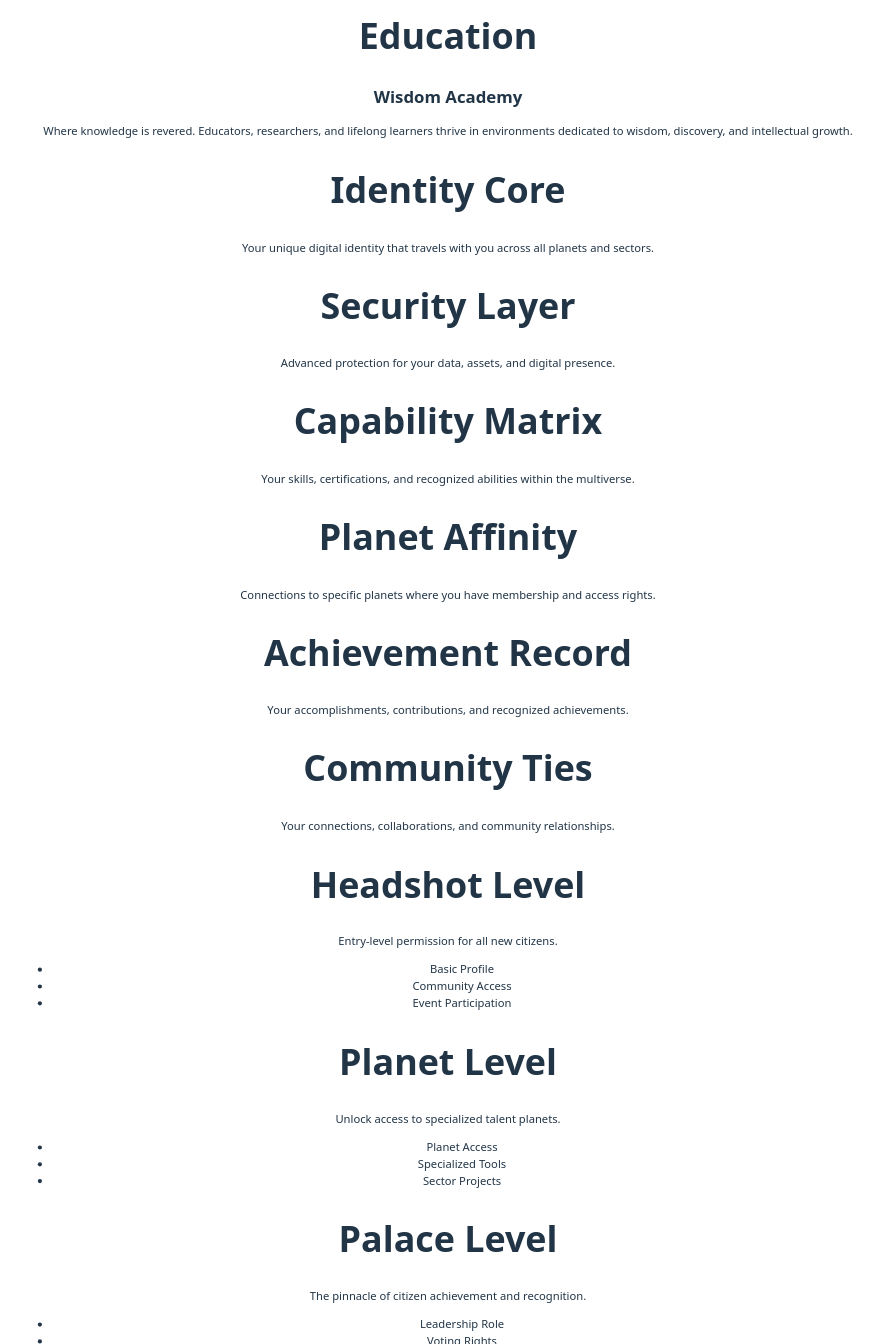
Repository: STR33T-K3Y5/LaTot
Page: /
An editor plug-in stored every save of this project. The page is shown before and after a run of saves, followed by the edit.
The browser window is 1280 px wide. The pictures show the part of the page from y = 3976 to 5896 px (the page is 6720 px tall before and 6932 px after), at 70% of full size.
The project was rebuilt for these pictures with package versions that can differ from the ones it lists, and the page was loaded fresh each time. Also part of the build but not shown: vite.config.js, src/pages/FindTalent.jsx.

Above is the page before, as saved 2026-01-22 02:21:30.

### index.html
<!doctype html>
<html lang="en">
  <head>
    <meta charset="UTF-8" />

    <!-- favicons
    ================================================== -->
    <link rel="apple-touch-icon" type="image/png" sizes="512x512" href="images/android-chrome-512x512.png">
    <link rel="apple-touch-icon" type="image/png" sizes="192x192" href="images/android-chrome-192x192.png">
    <link rel="apple-touch-icon" type="image/png" sizes="180x180" href="apple-touch-icon.png">
    <link rel="icon" type="image/png" sizes="32x32" href="images/favicon-32x32.png">
    <link rel="icon" type="image/png" sizes="16x16" href="images/favicon-16x16.png">
    <link rel="manifest" href="site.webmanifest">
    <meta name="viewport" content="width=device-width, initial-scale=1.0" />
    <title>LaTot</title>
  </head>
  <body>
    <div id="root"></div>
    <script type="module" src="/src/main.jsx"></script>
  </body>
</html>

### src/App.jsx
import './App.css';
import Navbar from './components/Navbar';
import Home from './pages/Home';
import FindTalent from './pages/FindTalent';
import { BrowserRouter, Routes, Route } from 'react-router-dom';

export default function App() {
  return(
    <BrowserRouter>
      <Navbar />
      <Routes>
        <Route path="/" element={<Home />} />
        <Route path="/findtalent" element={<FindTalent />} />
      </Routes>
    </BrowserRouter>
  )
}

### src/components/Navbar.jsx
import { Link } from 'react-router-dom';

const Navbar = () => {
    return (
        <nav>
            <h2 className="logo">
                <Link to="/">LaTot</Link>
            </h2>
            <Link to={'/findtalent'}>Find Talent</Link>
            <button>
                <a href="mailto:info@latotofficial.com">Join</a>
            </button>
        </nav>
    );
};

export default Navbar;

### src/pages/Home.jsx
import Navbar from "../components/Navbar";
import HeaderImage from "../images/header.webp"



const Home = () => {
  return (
    <>
      {/* Hero Section */}
      <section id="hero-section">
        <h1 class="hero-header">Welcome To LaTot</h1>
        <h2 class="hero-subheader">Where Talent Meets Opportunity</h2>
        <p class="hero-text">Discover a universe of possibilities where your skills, creativity, and passion converge with endless opportunities across the multiverse.</p>
        <div class="video-container"><p>Video Goes Here</p></div>
        <button>
          <a href="mailto:info@latotofficial.com">Join Now</a>
        </button>
      </section>

      {/* About Section */}
      <section id="about-section">
        <h1 class="about-header">YOUR IDENTITY, YOUR WORLD, YOUR LEGACY</h1>
        <h2 class="about-subheader">How LaTot Works For You</h2>
        <div class="about-carousel">
          {/* Headshot */}
          <div class="about-item">
            <h1 class="about-header">Headshot</h1>
            <p class="about-description">In the LATOT multiverse, your professional identity is your passport. A compelling headshot is more than a photograph—it's your introduction to a universe of opportunities. Showcase your authentic self and stand out among the stars.</p>
          </div>
          {/* Planet */}
          <div class="about-item">
            <h1 class="about-header">Planet</h1>
            <p class="about-description">Every talent has its habitat. Find the perfect environment where your skills can flourish. From digital metropolises to creative sanctuaries, LATOT connects you with worlds designed for your unique abilities.</p>
          </div>
          {/* Palace */}
          <div class="about-item">
            <h1 class="about-header">Palace</h1>
            <p class="about-description">Rise to prominence in your chosen domain. The palace represents the pinnacle of achievement—where your talents are recognized, rewarded, and celebrated. Build your legacy in the heart of the LATOT multiverse.</p>
          </div>
        </div>
      </section>

      {/* Core Industries Section */}
      <section id="core-section">
        <h1 class="core-header">Our Core Industries</h1>
        <h2 class="core-subheader">How LaTot Works For You</h2>
        <div class="core-carousel" alt="Core Industries Wrapper">
          {/* Technology */}
          <div class="core-item" alt="Technology Container">
            <h1 class="core-header">Technology</h1>
            <p class="core-description">Cutting-edge innovation in software, hardware, AI, and digital transformation solutions.</p>
          </div>
          {/* Creative Arts */}
          <div class="core-item" alt="Creative Arts Container">
            <h1 class="core-header">Creative Arts</h1>
            <p class="core-description">Design, visual arts, music, and creative expression across all digital and traditional mediums.</p>
          </div>
          {/* Finance */}
          <div class="core-item" alt="Finance Container">
            <h1 class="core-header">Finance</h1>
            <p class="core-description">Rise to prominence in your chosen domain. The palace represents the pinnacle of achievement—where your talents are recognized, rewarded, and celebrated. Build your legacy in the heart of the LATOT multiverse.</p>
          </div>
          {/* HealthCare */}
          <div class="core-item" alt="HealthCare Container">
            <h1 class="core-header">HealthCare</h1>
            <p class="core-description">Medical innovation, telemedicine, wellness, and life sciences advancing human health.</p>
          </div>
          {/* Education */}
          <div class="core-item">
            <h1 class="core-header" alt="Education Container">Education</h1>
            <p class="core-description">Learning technologies, personalized education, and skills development for the future.</p>
          </div>
          {/* Entertainment */}
          <div class="core-item">
            <h1 class="core-header" alt="Entertainment Container">Entertainment</h1>
            <p class="core-description">Gaming, streaming, content creation, and immersive entertainment experiences.</p>
          </div>
          {/* Sustainability */}
          <div class="core-item">
            <h1 class="core-header" alt="Sustainability Container">Sustainability</h1>
            <p class="core-description">Green technology, renewable energy, and environmental solutions for a better planet.</p>
          </div>
          {/* Retail */}
          <div class="core-item">
            <h1 class="core-header" alt="Retail Container">Retail</h1>
            <p class="core-description">E-commerce, omnichannel experiences, and the future of consumer commerce.</p>
          </div>
          {/* Manufacturing */}
          <div class="core-item">
            <h1 class="core-header" alt="Manufacturing Container">Manufacturing</h1>
            <p class="core-description">Smart manufacturing, automation, and advanced production technologies.</p>
          </div>
          {/* Consulting */}
          <div class="core-item">
            <h1 class="core-header" alt="Consulting Container">Consulting</h1>
            <p class="core-description">Strategic advice, business transformation, and expert guidance across industries.</p>
          </div>
        </div>
      </section>

      {/* Talent Planets Section */}
      <section id="planet-section">
        <h1 class="planet-header">Talent Planets</h1>
        <h2 class="planet-subheader">Every talent deserves the perfect world. Explore our specialized planets, each designed to nurture and amplify specific skill sets and creative passions.</h2>
        <div class="about-carousel">
          {/* Creative Hub */}
          <div class="planet-item" alt="Creative Arts Container">
            <h1 class="planet-header">Creative Arts</h1>
            <h2 class="planet-subheader">Creative Hub</h2>
            <p class="planet-description">A world where imagination knows no bounds. Artists, designers, and creators find their sanctuary here, surrounded by infinite inspiration and collaborative energy.</p>
          </div>
          {/* Planet */}
          <div class="planet-item" alt="Technology Container">
            <h1 class="planet-header">Technology</h1>
            <h2 class="planet-subheader">Tech Nexus</h2>
            <p class="planet-description">Every talent has its habitat. Find the perfect environment where your skills can flourish. From digital metropolises to creative sanctuaries, LATOT connects you with worlds designed for your unique abilities.</p>
          </div>
          {/* Palace */}
          <div class="planet-item" alt="Education Container">
            <h1 class="planet-header">Education</h1>
            <h2 class="planet-subheader">Wisdom Academy</h2>
            <p class="planet-description">Where knowledge is revered. Educators, researchers, and lifelong learners thrive in environments dedicated to wisdom, discovery, and intellectual growth.</p>
          </div>
        </div>
      </section>

      {/* Citizen */}

      <section id="citizen-section">
        {/* identity Core */}
        <div class="citizen-container">
          <h1 class="citizen-header">Identity Core</h1>
          <p class="citizen-description">Your unique digital identity that travels with you across all planets and sectors.</p>
        </div>
        {/* identity Core */}
        <div class="citizen-container">
          <h1 class="citizen-header">Security Layer</h1>
          <p class="citizen-description">Advanced protection for your data, assets, and digital presence.</p>
        </div>
        {/* identity Core */}
        <div class="citizen-container">
          <h1 class="citizen-header">Capability Matrix</h1>
          <p class="citizen-description">Your skills, certifications, and recognized abilities within the multiverse.</p>
        </div>
        {/* identity Core */}
        <div class="citizen-container">
          <h1 class="citizen-header">Planet Affinity</h1>
          <p class="citizen-description">Connections to specific planets where you have membership and access rights.</p>
        </div>
        {/* identity Core */}
        <div class="citizen-container">
          <h1 class="citizen-header">Achievement Record</h1>
          <p class="citizen-description">Your accomplishments, contributions, and recognized achievements.</p>
        </div>
        {/* identity Core */}
        <div class="citizen-container">
          <h1 class="citizen-header">Community Ties</h1>
          <p class="citizen-description">Your connections, collaborations, and community relationships.</p>
        </div>

        {/* Governance Permisions */}
        <div class="governance-container">
          {/* Headshot Level */}
          <div class="governance-item">
            <h1 class="governance-header">Headshot Level</h1>
            <p class="governance-description">Entry-level permission for all new citizens.</p>
            <ul class="governance-list">
              <li class="governance-item">Basic Profile</li>
              <li class="governance-item">Community Access</li>
              <li class="governance-item">Event Participation</li>
            </ul>
          </div>
          {/* Headshot Level */}
          <div class="governance-item">
            <h1 class="governance-header">Planet Level</h1>
            <p class="governance-description">Unlock access to specialized talent planets.</p>
            <ul class="governance-list">
              <li class="governance-item">Planet Access</li>
              <li class="governance-item">Specialized Tools</li>
              <li class="governance-item">Sector Projects</li>
            </ul>
          </div>
          {/* Planet Level */}
          <div class="governance-item">
            <h1 class="governance-header">Palace Level</h1>
            <p class="governance-description">The pinnacle of citizen achievement and recognition.</p>
            <ul class="governance-list">
              <li class="governance-item">Leadership Role</li>
              <li class="governance-item">Voting Rights</li>
              <li class="governance-item">Resource Allocation</li>
            </ul>
          </div>
        </div>
      </section>

      {/* LaTot Multiverse Section */}
      <section id="about-section">
        <h1 class="about-header">The LATOT Multiverse</h1>
        <h2 class="about-subheader">Infinite Worlds, One Community</h2>
        <div class="about-carousel">
          {/* Headshot */}
          <div class="about-item">
            <h1 class="about-header">Headshot</h1>
            <p class="about-description">In the LATOT multiverse, your professional identity is your passport. A compelling headshot is more than a photograph—it's your introduction to a universe of opportunities. Showcase your authentic self and stand out among the stars.</p>
          </div>
          {/* Planet */}
          <div class="about-item">
            <h1 class="about-header">Planet</h1>
            <p class="about-description">Every talent has its habitat. Find the perfect environment where your skills can flourish. From digital metropolises to creative sanctuaries, LATOT connects you with worlds designed for your unique abilities.</p>
          </div>
          {/* Palace */}
          <div class="about-item">
            <h1 class="about-header">Palace</h1>
            <p class="about-description">Rise to prominence in your chosen domain. The palace represents the pinnacle of achievement—where your talents are recognized, rewarded, and celebrated. Build your legacy in the heart of the LATOT multiverse.</p>
          </div>
        </div>
      </section>

    </>
  )
}

export default Home

Loaded but not shown: src/main.jsx (common file); src/index.css (common file); src/App.css (common file)

After the next 10 saves:
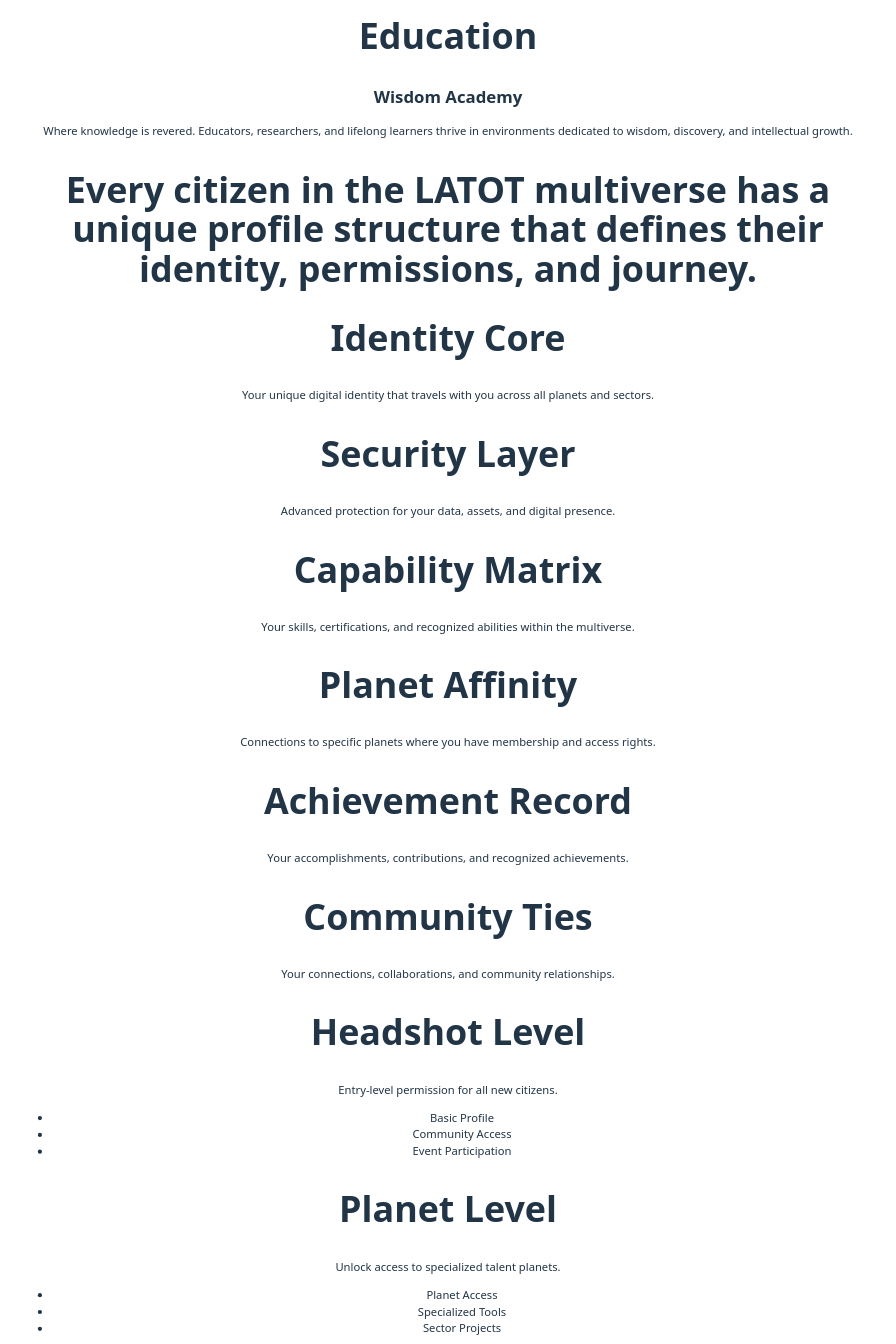
The 10 saves are shown as one change because they came seconds apart.
The last was saved 45 s later.
--- a/src/pages/Home.jsx
+++ b/src/pages/Home.jsx
@@ -127,6 +127,7 @@
       {/* Citizen */}
 
       <section id="citizen-section">
+        <h1 class="citizen-top-header">Every citizen in the LATOT multiverse has a unique profile structure that defines their identity, permissions, and journey.</h1>
         {/* identity Core */}
         <div class="citizen-container">
           <h1 class="citizen-header">Identity Core</h1>
